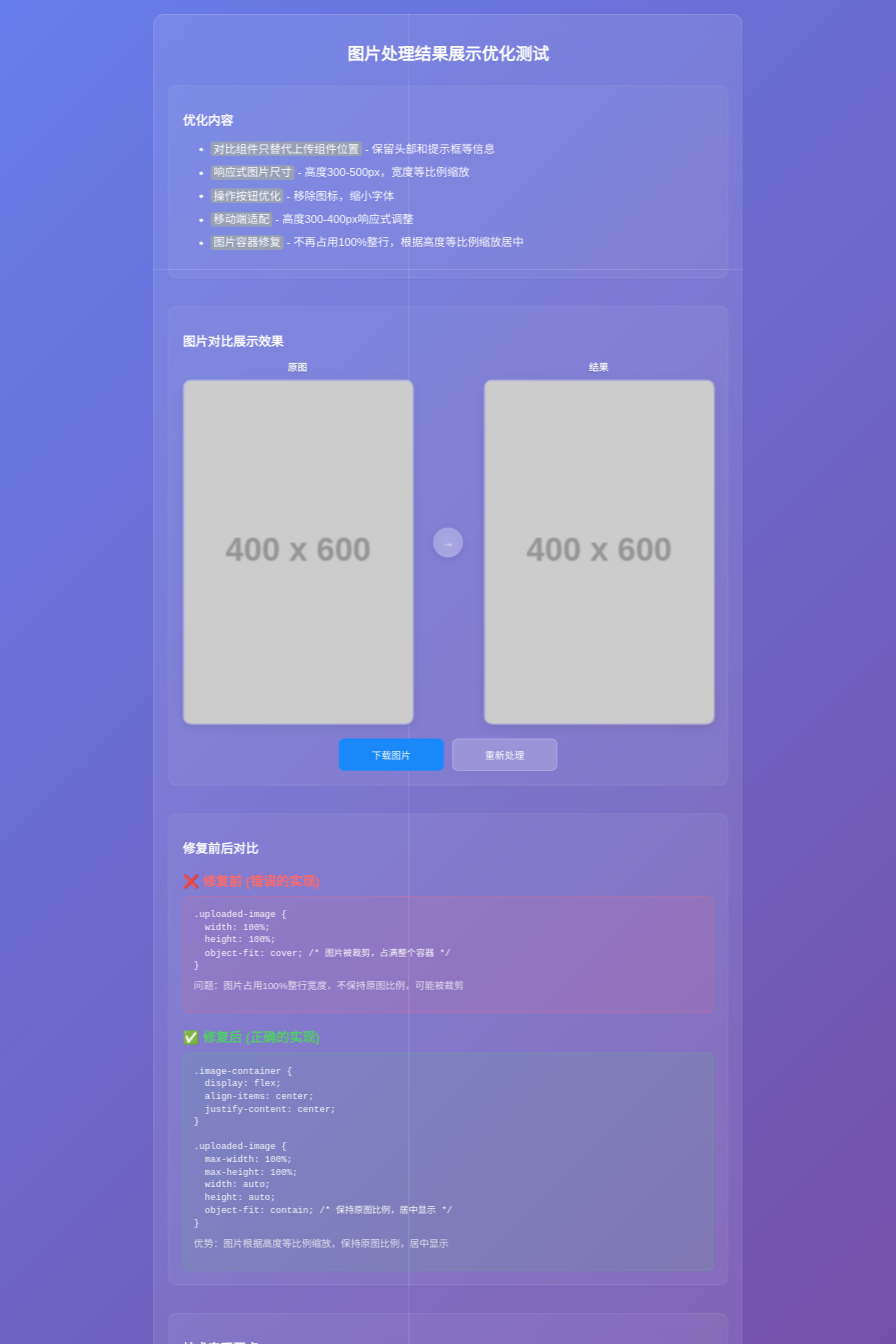
Repository: fooldychi/undress
Page: test-image-optimization.html
The author's editor kept a copy of each file at every save. The page is drawn from the files as they stood at one save, then again after the next save.
The browser window is 1280 px wide. The pictures show the part of the page from y = 0 to 1920 px (the page is 2299 px tall before and 3543 px after), at 70% of full size.

Above is the page before, as saved 2025-07-13 15:52:59.

### test-image-optimization.html
<!DOCTYPE html>
<html lang="zh-CN">
<head>
    <meta charset="UTF-8">
    <meta name="viewport" content="width=device-width, initial-scale=1.0">
    <title>图片处理结果展示优化测试</title>
    <style>
        body {
            font-family: Arial, sans-serif;
            margin: 0;
            padding: 20px;
            background: linear-gradient(135deg, #667eea 0%, #764ba2 100%);
            min-height: 100vh;
        }

        .container {
            max-width: 800px;
            margin: 0 auto;
            background: rgba(255, 255, 255, 0.1);
            backdrop-filter: blur(10px);
            border-radius: 16px;
            padding: 20px;
            border: 1px solid rgba(255, 255, 255, 0.2);
        }

        .title {
            text-align: center;
            color: white;
            font-size: 24px;
            font-weight: bold;
            margin-bottom: 30px;
        }

        .test-section {
            margin-bottom: 40px;
            background: rgba(255, 255, 255, 0.05);
            border-radius: 12px;
            padding: 20px;
            border: 1px solid rgba(255, 255, 255, 0.1);
        }

        .section-title {
            color: white;
            font-size: 18px;
            font-weight: bold;
            margin-bottom: 15px;
        }

        .comparison-container {
            display: flex;
            align-items: center;
            gap: 4%;
            width: 100%;
            margin-bottom: 20px;
        }

        .image-section {
            flex: 1;
            display: flex;
            flex-direction: column;
            gap: 8px;
        }

        .image-header {
            display: flex;
            align-items: center;
            gap: 6px;
            justify-content: center;
        }

        .image-title {
            font-size: 14px;
            font-weight: 600;
            color: rgba(255, 255, 255, 0.9);
            text-shadow: 0 1px 2px rgba(0, 0, 0, 0.2);
        }

        .image-wrapper {
            position: relative;
            width: 100%;
            min-height: 300px;
            max-height: 500px;
            border-radius: 12px;
            overflow: hidden;
            background: rgba(255, 255, 255, 0.1);
            backdrop-filter: blur(10px);
            border: 1px solid rgba(255, 255, 255, 0.2);
            box-shadow: 0 4px 16px rgba(0, 0, 0, 0.1);
            display: flex;
            align-items: center;
            justify-content: center;
        }

        .comparison-image {
            max-width: 100%;
            min-height: 300px;
            max-height: 500px;
            width: auto;
            object-fit: contain;
            cursor: pointer;
            transition: all 0.3s cubic-bezier(0.4, 0, 0.2, 1);
        }

        .comparison-image:hover {
            transform: scale(1.05);
        }

        .divider {
            display: flex;
            align-items: center;
            justify-content: center;
            width: 40px;
            height: 40px;
            background: rgba(255, 255, 255, 0.2);
            backdrop-filter: blur(10px);
            border-radius: 50%;
            flex-shrink: 0;
            border: 1px solid rgba(255, 255, 255, 0.3);
            box-shadow: 0 4px 12px rgba(0, 0, 0, 0.1);
            color: rgba(255, 255, 255, 0.9);
        }

        .action-buttons {
            display: flex;
            gap: 12px;
            justify-content: center;
            margin-top: 20px;
            padding: 0 16px;
        }

        .action-btn {
            flex: 1;
            max-width: 150px;
            padding: 12px 24px;
            border: none;
            border-radius: 8px;
            font-size: 14px;
            font-weight: 500;
            cursor: pointer;
            transition: all 0.3s ease;
        }

        .action-btn.primary {
            background: #1989fa;
            color: white;
        }

        .action-btn.primary:hover {
            background: #0570d9;
        }

        .action-btn.default {
            background: rgba(255, 255, 255, 0.2);
            color: white;
            border: 1px solid rgba(255, 255, 255, 0.3);
        }

        .action-btn.default:hover {
            background: rgba(255, 255, 255, 0.3);
        }

        .placeholder {
            color: rgba(255, 255, 255, 0.6);
            text-align: center;
            padding: 40px 20px;
        }

        .optimization-list {
            color: white;
            line-height: 1.6;
        }

        .optimization-list li {
            margin-bottom: 8px;
        }

        .highlight {
            background: rgba(255, 255, 0, 0.2);
            padding: 2px 4px;
            border-radius: 4px;
        }

        @media (max-width: 768px) {
            .comparison-container {
                gap: 8px;
                padding: 12px 0;
            }

            .image-title {
                font-size: 13px;
            }

            .divider {
                width: 36px;
                height: 36px;
            }

            .action-buttons {
                gap: 8px;
                margin-top: 16px;
                padding: 0 12px;
            }

            .action-btn {
                font-size: 13px;
                padding: 10px 20px;
            }

            .image-wrapper {
                min-height: 300px;
                max-height: 400px;
            }

            .comparison-image {
                min-height: 300px;
                max-height: 400px;
            }
        }
    </style>
</head>
<body>
    <div class="container">
        <h1 class="title">图片处理结果展示优化测试</h1>

        <div class="test-section">
            <h2 class="section-title">优化内容</h2>
            <ul class="optimization-list">
                <li><span class="highlight">对比组件只替代上传组件位置</span> - 保留头部和提示框等信息</li>
                <li><span class="highlight">响应式图片尺寸</span> - 高度300-500px，宽度等比例缩放</li>
                <li><span class="highlight">操作按钮优化</span> - 移除图标，缩小字体</li>
                <li><span class="highlight">移动端适配</span> - 高度300-400px响应式调整</li>
                <li><span class="highlight">图片容器修复</span> - 不再占用100%整行，根据高度等比例缩放居中</li>
            </ul>
        </div>

        <div class="test-section">
            <h2 class="section-title">图片对比展示效果</h2>

            <!-- 模拟对比组件 -->
            <div class="comparison-container">
                <!-- 原图 -->
                <div class="image-section">
                    <div class="image-header">
                        <span class="image-title">原图</span>
                    </div>
                    <div class="image-wrapper">
                        <img
                            src="https://via.placeholder.com/400x600/4a90e2/ffffff?text=Original+Image"
                            alt="原图"
                            class="comparison-image"
                        />
                    </div>
                </div>

                <!-- 分隔线 -->
                <div class="divider">
                    →
                </div>

                <!-- 结果图 -->
                <div class="image-section">
                    <div class="image-header">
                        <span class="image-title">结果</span>
                    </div>
                    <div class="image-wrapper">
                        <img
                            src="https://via.placeholder.com/400x600/50c878/ffffff?text=Result+Image"
                            alt="处理结果"
                            class="comparison-image"
                        />
                    </div>
                </div>
            </div>

            <!-- 操作按钮 -->
            <div class="action-buttons">
                <button class="action-btn primary" onclick="alert('下载功能')">
                    下载图片
                </button>

                <button class="action-btn default" onclick="alert('重新处理功能')">
                    重新处理
                </button>
            </div>
        </div>

        <div class="test-section">
            <h2 class="section-title">修复前后对比</h2>

            <div style="margin-bottom: 20px;">
                <h3 style="color: #ff6b6b; margin-bottom: 10px;">❌ 修复前 (错误的实现)</h3>
                <div style="background: rgba(255, 107, 107, 0.1); padding: 15px; border-radius: 8px; border: 1px solid rgba(255, 107, 107, 0.3);">
                    <code style="color: white;">
                        .uploaded-image {<br>
                        &nbsp;&nbsp;width: 100%;<br>
                        &nbsp;&nbsp;height: 100%;<br>
                        &nbsp;&nbsp;object-fit: cover; /* 图片被裁剪，占满整个容器 */<br>
                        }
                    </code>
                    <p style="color: rgba(255, 255, 255, 0.8); margin-top: 10px; font-size: 14px;">
                        问题：图片占用100%整行宽度，不保持原图比例，可能被裁剪
                    </p>
                </div>
            </div>

            <div>
                <h3 style="color: #51cf66; margin-bottom: 10px;">✅ 修复后 (正确的实现)</h3>
                <div style="background: rgba(81, 207, 102, 0.1); padding: 15px; border-radius: 8px; border: 1px solid rgba(81, 207, 102, 0.3);">
                    <code style="color: white;">
                        .image-container {<br>
                        &nbsp;&nbsp;display: flex;<br>
                        &nbsp;&nbsp;align-items: center;<br>
                        &nbsp;&nbsp;justify-content: center;<br>
                        }<br><br>
                        .uploaded-image {<br>
                        &nbsp;&nbsp;max-width: 100%;<br>
                        &nbsp;&nbsp;max-height: 100%;<br>
                        &nbsp;&nbsp;width: auto;<br>
                        &nbsp;&nbsp;height: auto;<br>
                        &nbsp;&nbsp;object-fit: contain; /* 保持原图比例，居中显示 */<br>
                        }
                    </code>
                    <p style="color: rgba(255, 255, 255, 0.8); margin-top: 10px; font-size: 14px;">
                        优势：图片根据高度等比例缩放，保持原图比例，居中显示
                    </p>
                </div>
            </div>
        </div>

        <div class="test-section">
            <h2 class="section-title">技术实现要点</h2>
            <ul class="optimization-list">
                <li>使用 <code>min-height: 300px; max-height: 500px</code> 实现响应式高度</li>
                <li>图片容器使用 <code>display: flex; align-items: center; justify-content: center</code> 居中</li>
                <li>图片使用 <code>max-width: 100%; max-height: 100%; width: auto; height: auto</code> 等比例缩放</li>
                <li>图片使用 <code>object-fit: contain</code> 保持原图比例</li>
                <li>移动端高度调整为 <code>300-400px</code></li>
                <li>按钮移除图标，字体大小调整为 <code>14px</code> (移动端 <code>13px</code>)</li>
                <li>对比组件只替代上传区域，不影响页面其他部分</li>
            </ul>
        </div>
    </div>

    <script>
        // 简单的交互测试
        document.querySelectorAll('.comparison-image').forEach(img => {
            img.addEventListener('click', function() {
                alert('点击预览: ' + this.alt);
            });
        });

        // 响应式测试
        function checkResponsive() {
            const isMobile = window.innerWidth <= 768;
            console.log('当前设备类型:', isMobile ? '移动端' : '桌面端');
            console.log('窗口宽度:', window.innerWidth);
        }

        window.addEventListener('resize', checkResponsive);
        checkResponsive();
    </script>
</body>
</html>

After the next save:
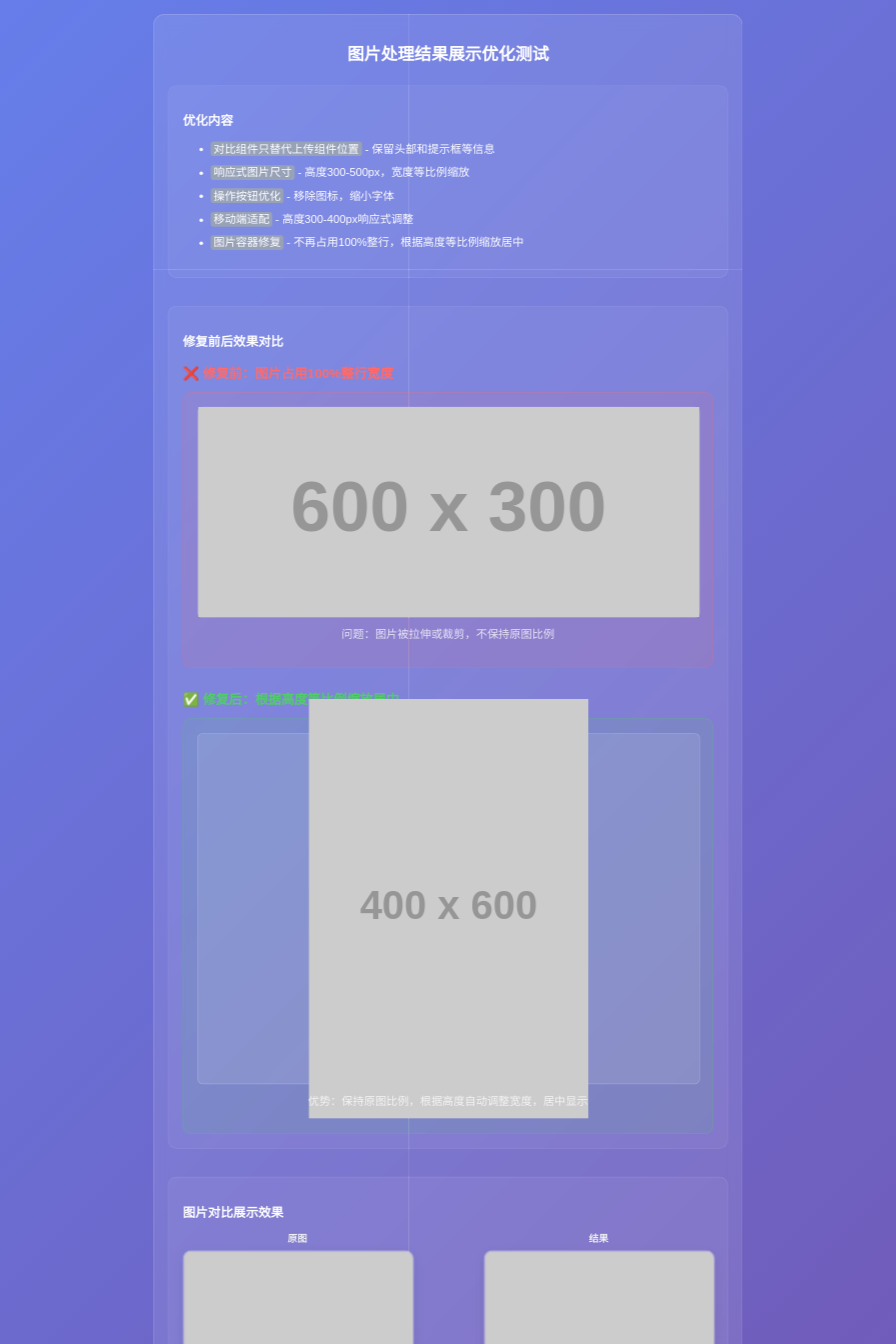
Saved 3 min 58 s later.
--- a/test-image-optimization.html
+++ b/test-image-optimization.html
@@ -231,6 +231,42 @@
                 <li><span class="highlight">移动端适配</span> - 高度300-400px响应式调整</li>
                 <li><span class="highlight">图片容器修复</span> - 不再占用100%整行，根据高度等比例缩放居中</li>
             </ul>
+        </div>
+
+        <div class="test-section">
+            <h2 class="section-title">修复前后效果对比</h2>
+
+            <div style="margin-bottom: 30px;">
+                <h3 style="color: #ff6b6b; margin-bottom: 15px;">❌ 修复前：图片占用100%整行宽度</h3>
+                <div style="background: rgba(255, 107, 107, 0.1); padding: 20px; border-radius: 12px; border: 1px solid rgba(255, 107, 107, 0.3);">
+                    <div style="width: 100%; height: 300px; background: rgba(255, 255, 255, 0.1); border-radius: 8px; display: flex; align-items: center; justify-content: center; border: 1px solid rgba(255, 255, 255, 0.2);">
+                        <img
+                            src="https://via.placeholder.com/600x300/ff6b6b/ffffff?text=Wrong:+100%25+Width"
+                            alt="错误示例"
+                            style="width: 100%; height: 100%; object-fit: cover;"
+                        />
+                    </div>
+                    <p style="color: rgba(255, 255, 255, 0.8); margin-top: 10px; text-align: center;">
+                        问题：图片被拉伸或裁剪，不保持原图比例
+                    </p>
+                </div>
+            </div>
+
+            <div>
+                <h3 style="color: #51cf66; margin-bottom: 15px;">✅ 修复后：根据高度等比例缩放居中</h3>
+                <div style="background: rgba(81, 207, 102, 0.1); padding: 20px; border-radius: 12px; border: 1px solid rgba(81, 207, 102, 0.3);">
+                    <div style="width: 100%; min-height: 300px; max-height: 500px; background: rgba(255, 255, 255, 0.1); border-radius: 8px; display: flex; align-items: center; justify-content: center; border: 1px solid rgba(255, 255, 255, 0.2);">
+                        <img
+                            src="https://via.placeholder.com/400x600/51cf66/ffffff?text=Correct:+Auto+Width"
+                            alt="正确示例"
+                            style="max-width: 100%; max-height: 100%; width: auto; height: auto; object-fit: contain;"
+                        />
+                    </div>
+                    <p style="color: rgba(255, 255, 255, 0.8); margin-top: 10px; text-align: center;">
+                        优势：保持原图比例，根据高度自动调整宽度，居中显示
+                    </p>
+                </div>
+            </div>
         </div>
 
         <div class="test-section">
